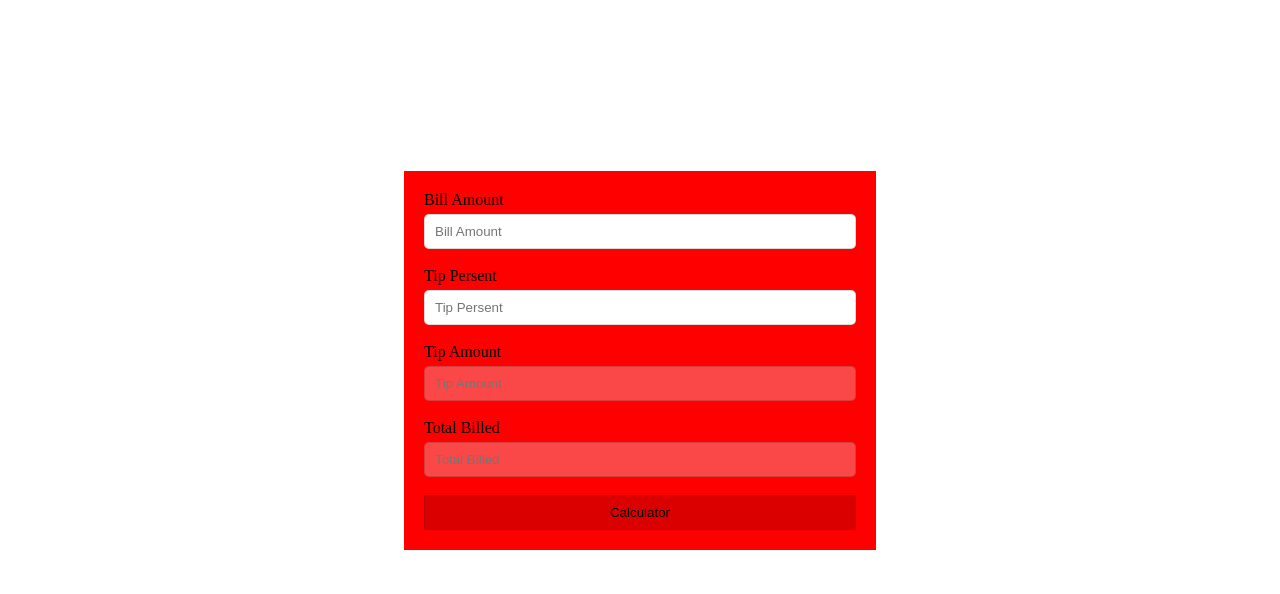
Repository: ZainAkbar51214/Tip-Calculator
Page: index.html
These files come from the project's save history. The page is drawn as it stood at one moment and after the next save; the edit follows.
The browser window is 1280 px wide. The pictures show the whole page.
The style sheet was rebuilt from its Sass, Less or Tailwind sources for each picture, by a compiler version that may differ from the author's.

Above is the page before, as saved 2024-03-25 10:33:43.

After the next save:
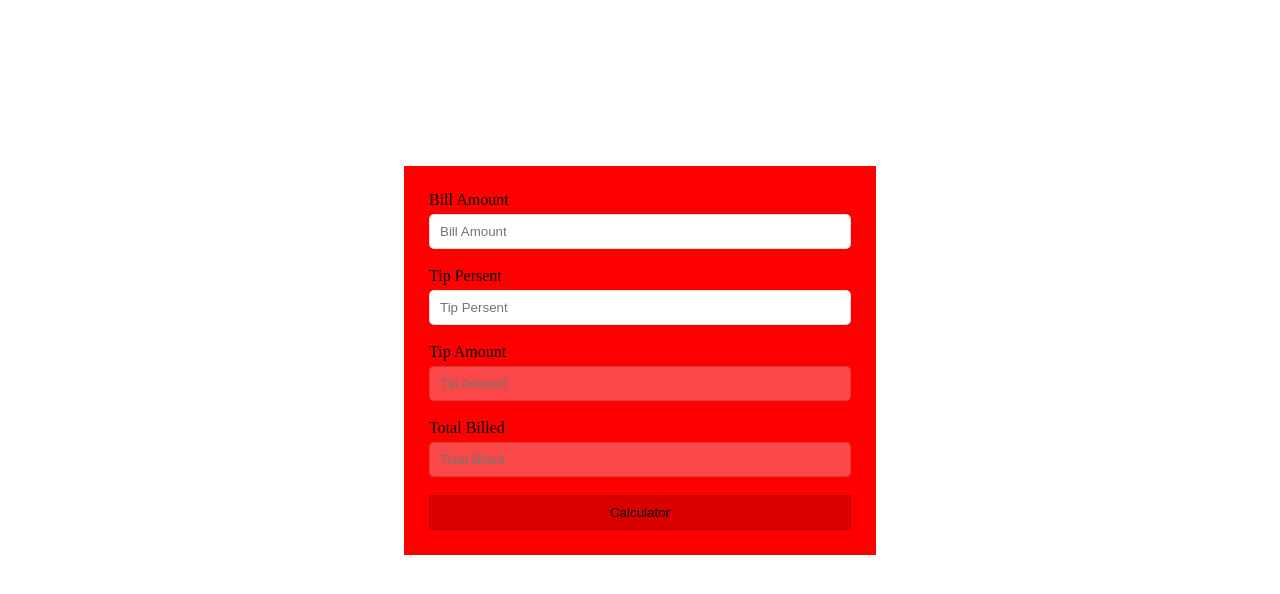
Saved 9 s later.
--- a/css/style.scss
+++ b/css/style.scss
@@ -29,7 +29,7 @@
                 display: flex;
                 flex-direction: column;
                 background-color: red;
-                padding: 20px;
+                padding: 25px;
 
                 label {
                     margin-bottom: 5px;
